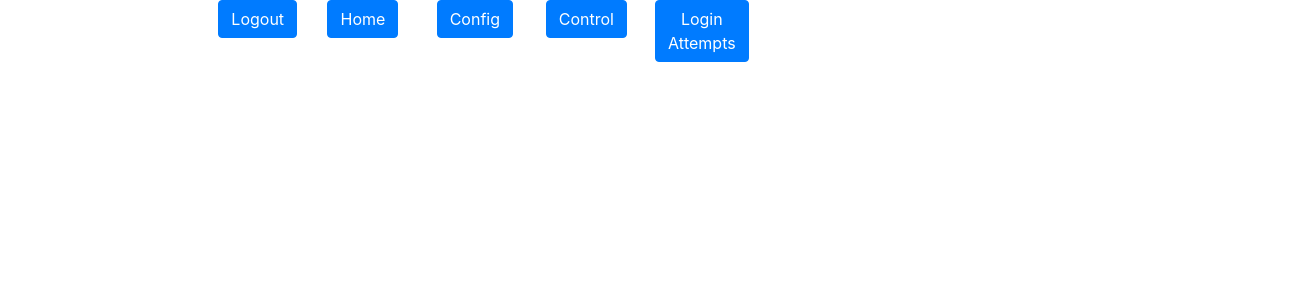
Repository: duicul/flaskRaspberryApp
Page: flask_pydev/templates/loginattempt.html
These files come from the project's save history. The page is drawn as it stood at one moment and after the next save; the edit follows.
The browser window is 1280 px wide. The page is 1295 px wide, so the pictures cover 1295 px, including what lies to the right of the window. The pictures show the whole page.
The page's requests for data from a server got no answer.

Above is the page before, as saved 2021-06-24 13:06:13.

### flask_pydev/templates/loginattempt.html
<!DOCTYPE html>
<html>
<head>
<!--<script src="https://ajax.googleapis.com/ajax/libs/jquery/3.4.1/jquery.min.js"></script>-->
<script src="/static/js/jquery-3.5.1.min.js"></script>
<!--<script src="https://maxcdn.bootstrapcdn.com/bootstrap/3.3.7/js/bootstrap.min.js" integrity="sha384-Tc5IQib027qvyjSMfHjOMaLkfuWVxZxUPnCJA7l2mCWNIpG9mGCD8wGNIcPD7Txa" crossorigin="anonymous"></script>-->
<script src="/static/js/bootstrap.min.js"></script>
<script src="/static/js/jquery.canvasjs.min.js"></script>
<!--<link rel="stylesheet" href="https://maxcdn.bootstrapcdn.com/bootstrap/3.3.7/css/bootstrap.min.css" integrity="sha384-BVYiiSIFeK1dGmJRAkycuHAHRg32OmUcww7on3RYdg4Va+PmSTsz/K68vbdEjh4u" crossorigin="anonymous">-->
<link rel="stylesheet" href="/static/css/bootstrap.min.css">
<link rel="stylesheet" href="/static/css/home_measure.css">
<meta content="text/html;charset=utf-8" http-equiv="Content-Type">
<meta content="utf-8" http-equiv="encoding">
<!--<script src="//cdn.rawgit.com/Mikhus/canvas-gauges/gh-pages/download/2.1.7/all/gauge.min.js"></script>-->
<script src="/static/js/gauge.min.js"></script>
<style>
.settingscol{
background-color:rgb(100,120,180);
}

</style>
<script>
function load_logins(){
    $.ajax({url: "/get_login_attempts", success: function(result){
        data="";
        t=$("<div></div>")
        for(let la of result){
            data=la.user_name+" "+la.ip+" "+la.time_stamp+" "+la.success;
            t.append($("<p></p>").text(data))
        }
        //console.log(t);
        $("#logatts").html(t);
        }});
    }
</script>
<title>Home Station Login Attempts</title>
</head>
<body onload="load_logins();">

<div class="row banner">
    <div class="col-md-2">

    </div>
    <div class="col-md-1">
        <a class="btn btn-primary" href="/logout">Logout</a>
    </div>
    <div class="col-md-1">
        <a class="btn btn-primary" href="/home_station">Home</a>
    </div>
    <div class="col-md-1">
        <a class="btn btn-primary" href="/home_station/config">Config</a>
    </div>
    <div class="col-md-1">
        <a class="btn btn-primary" href="/home_station/control">Control</a>
    </div>
    <div class="col-md-1">
        <a class="btn btn-primary" href="/home_station/login_attempt">Login Attempts</a>
    </div>
    <div class="col-md-5" >
    </div>
</div>
<div id="logatts"></div>
<script src="/static/js/home_measure.js"></script>
</body>
</html>

### flask_pydev/static/css/home_measure.css
div.banner{

Loaded but not shown: flask_pydev/static/js/jquery-3.5.1.min.js (library); flask_pydev/static/js/bootstrap.min.js (library); flask_pydev/static/js/jquery.canvasjs.min.js (library); flask_pydev/static/css/bootstrap.min.css (library); flask_pydev/static/js/gauge.min.js (library); flask_pydev/static/js/home_measure.js (930 lines, source omitted)

After the next save:
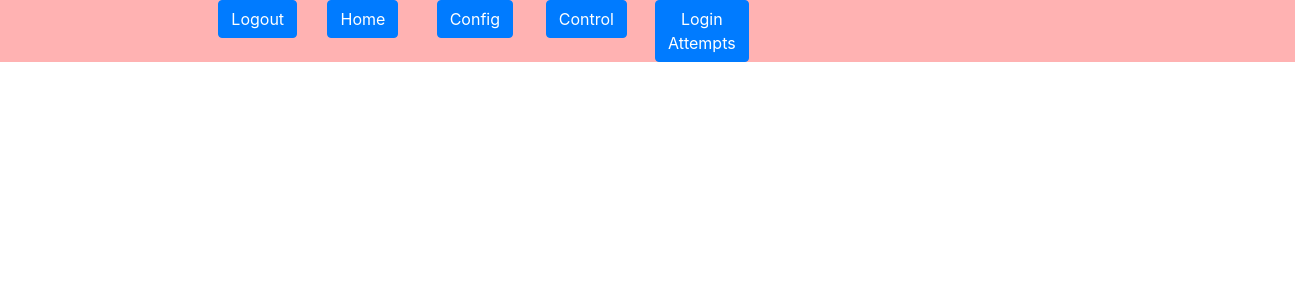
Saved 39 s later.
--- a/flask_pydev/static/css/home_measure.css
+++ b/flask_pydev/static/css/home_measure.css
@@ -1 +1,3 @@
 div.banner{
+    background-color:rgba(255,0,0,0.3);
+}
